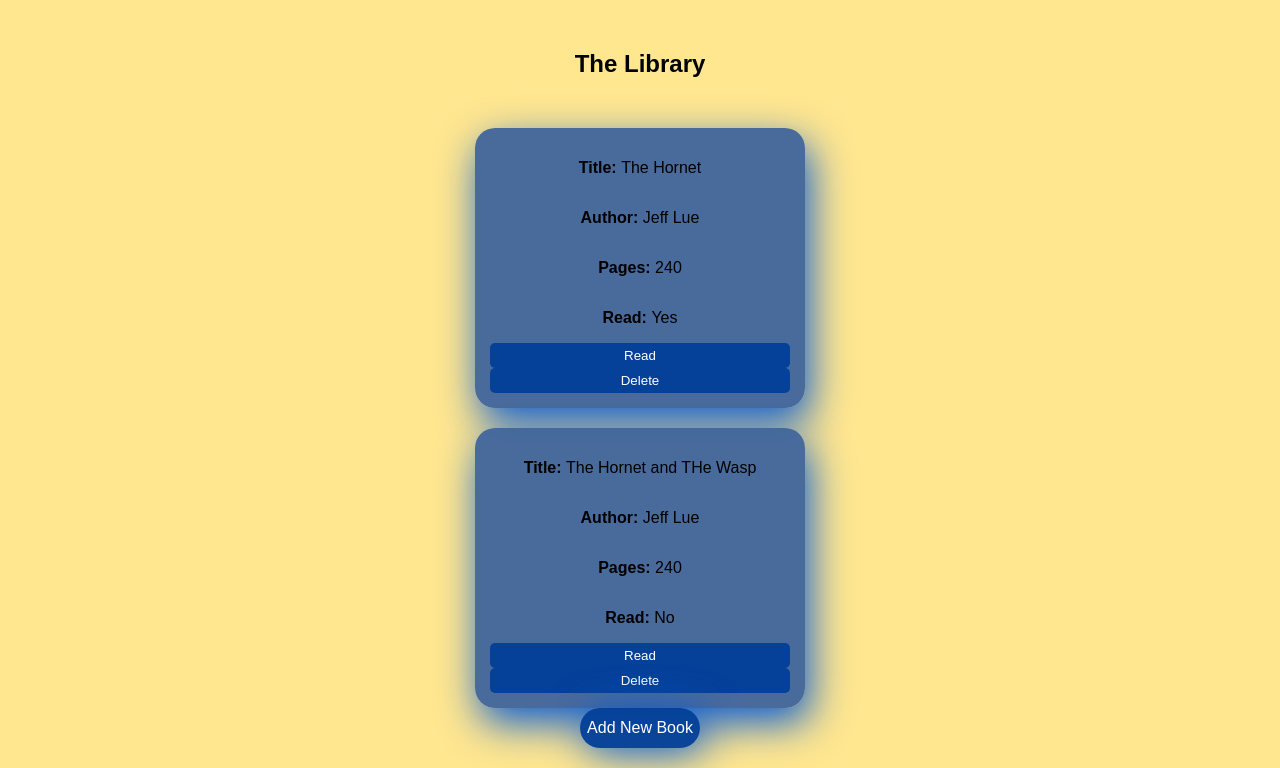
Repository: ErvinClay13/Library
Page: index.html
These files come from the project's save history. The page is drawn as it stood at one moment and after a run of saves; the edit follows.
The browser window is 1280 px wide. The pictures show the whole page.

Above is the page before, as saved 2025-01-11 04:54:55.

After the next 2 saves:
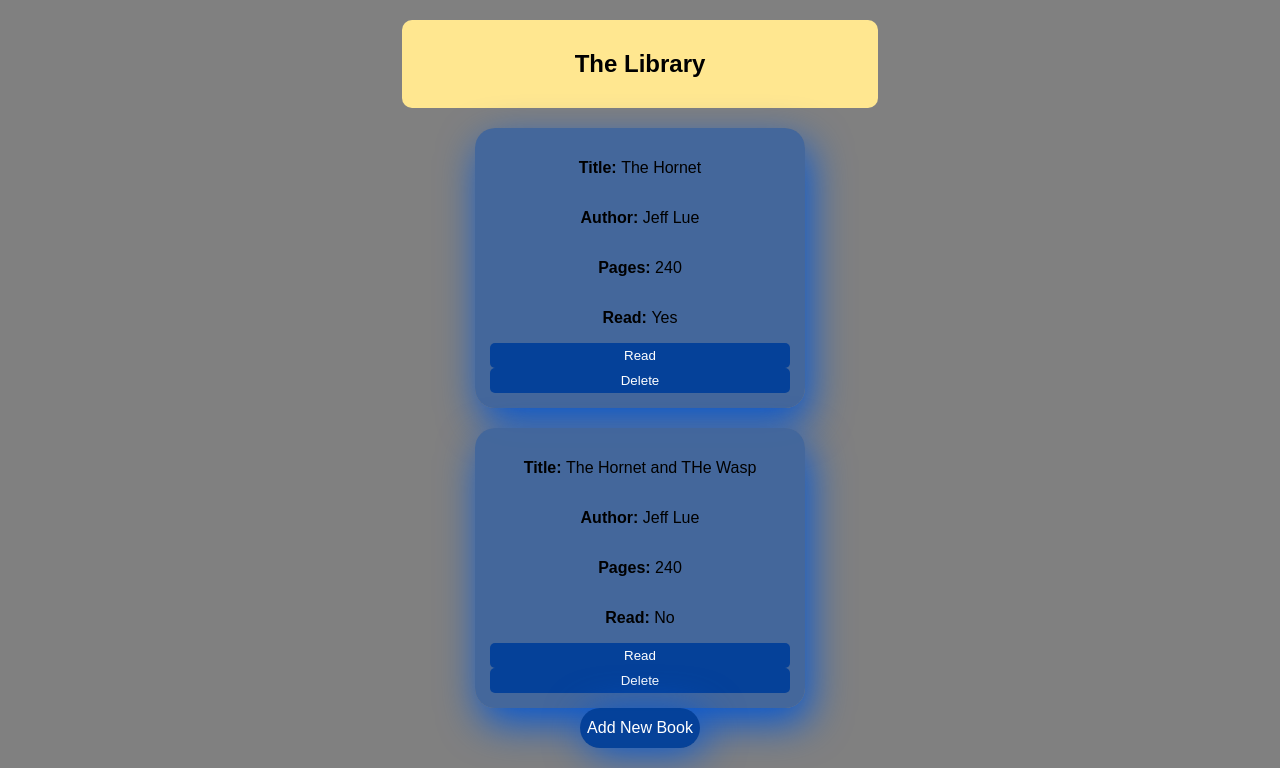
The 2 saves are shown as one change because they came seconds apart.
The last was saved 25 s later.
--- a/style.css
+++ b/style.css
@@ -4,7 +4,7 @@ body {
     align-items: center;
     flex-direction: column;
     /* background-color: white; */
-    background-color: rgb(255, 231, 144);
+    background-color: gray;
     margin: 0;
     font-family: Arial, sans-serif;
 }
